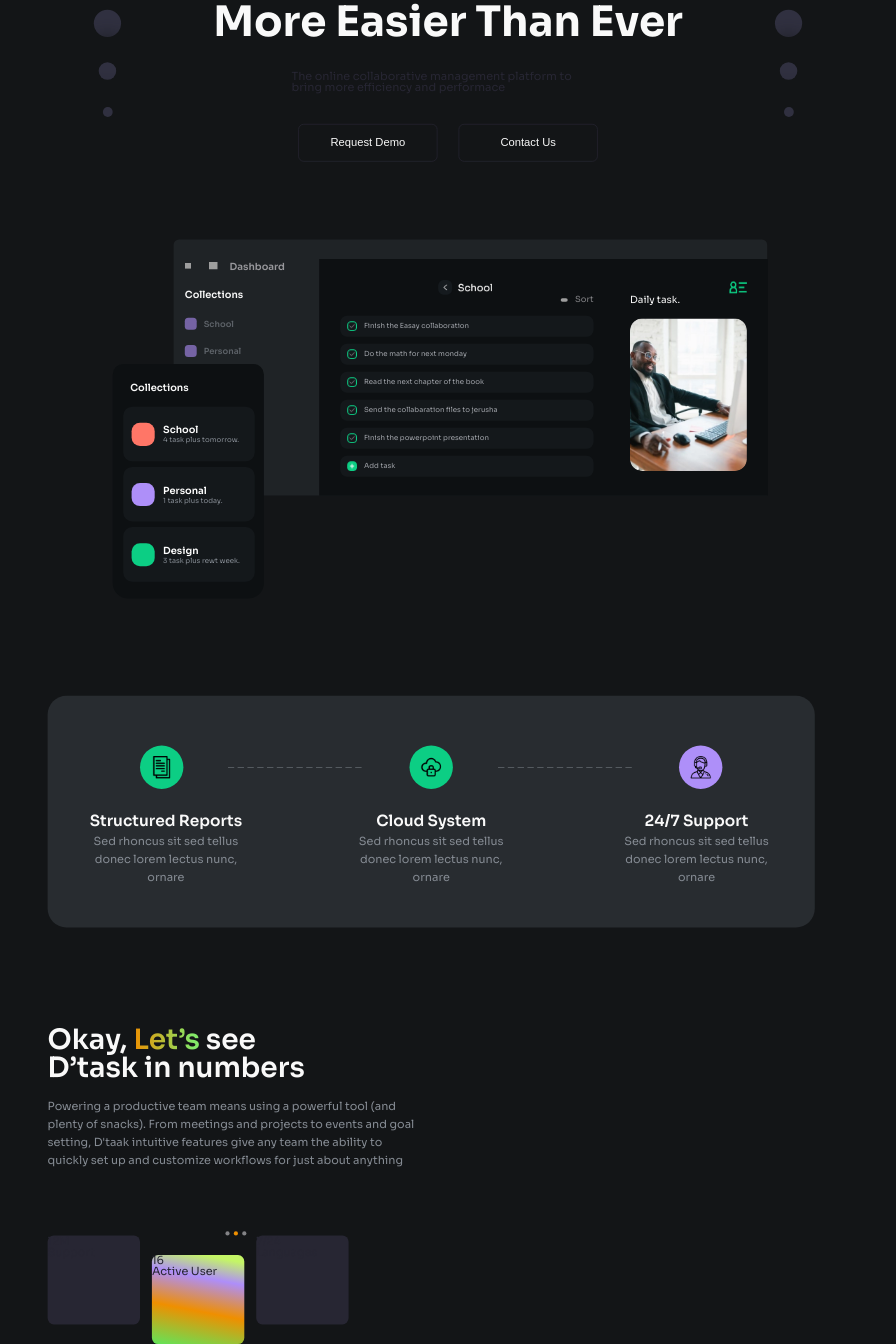
Repository: anhthiethumg/Task_Managerment_Website
Page: index.html
These files come from the project's save history. The page is drawn as it stood at one moment and after a run of saves; the edit follows.
The browser window is 1280 px wide. The pictures show the part of the page from y = 320 to 2240 px (the page is 2240 px tall), at 70% of full size.
Pictures or frames that could not be fetched are drawn as grey boxes. A picture or video elsewhere on the page could not be fetched, so the positions and the page height are approximate.

Above is the page before, as saved 2023-07-29 00:43:05.

After the next 2 saves:
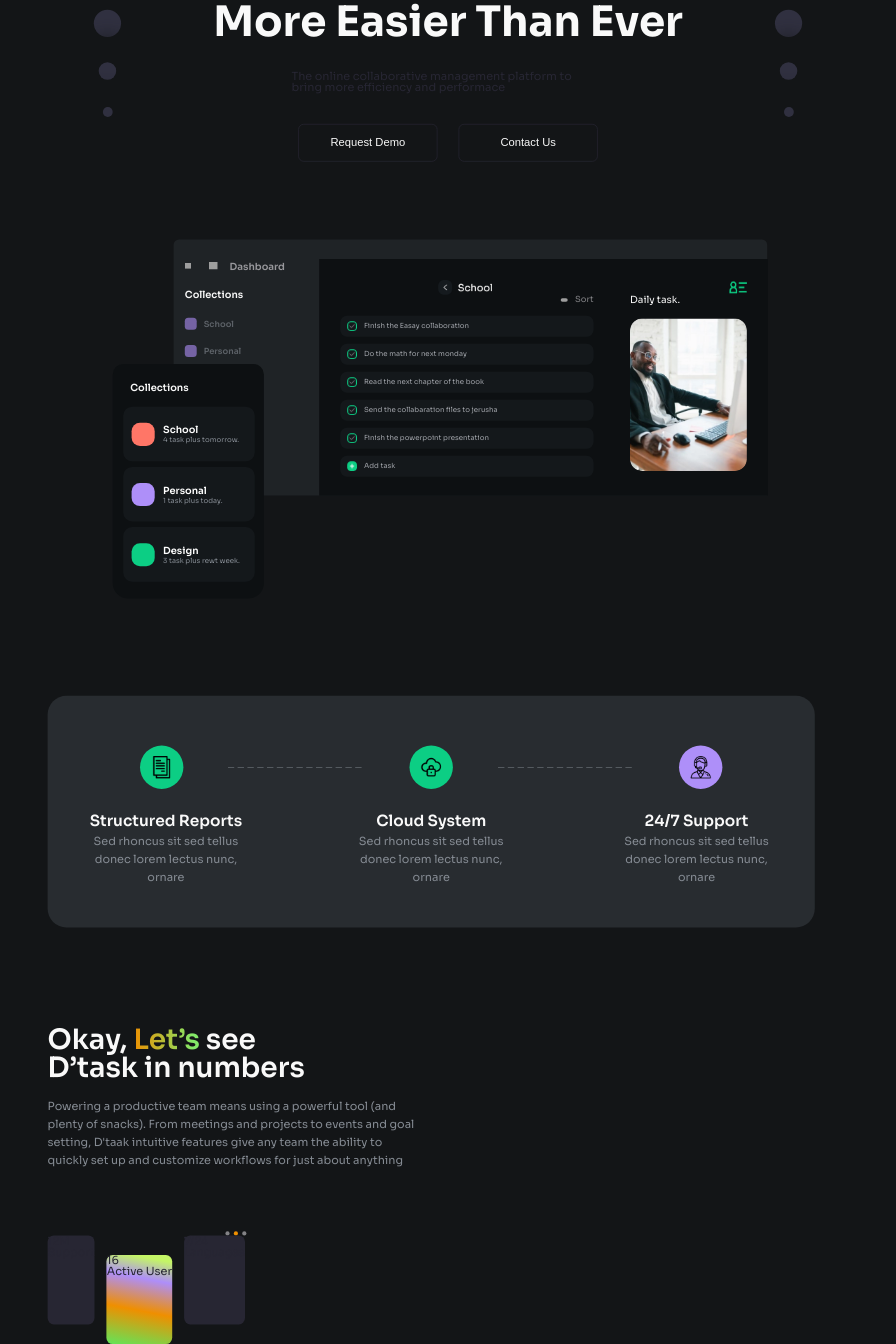
The 2 saves are shown as one change because they came seconds apart.
The last was saved 18 s later.
--- a/assets/css/styles.css
+++ b/assets/css/styles.css
@@ -506,6 +506,7 @@
   gap: 17px;
 }
 .static__item {
+  ju
   width: 132px;
   height: 127px;
   border-radius: 9px;

After the save that followed:
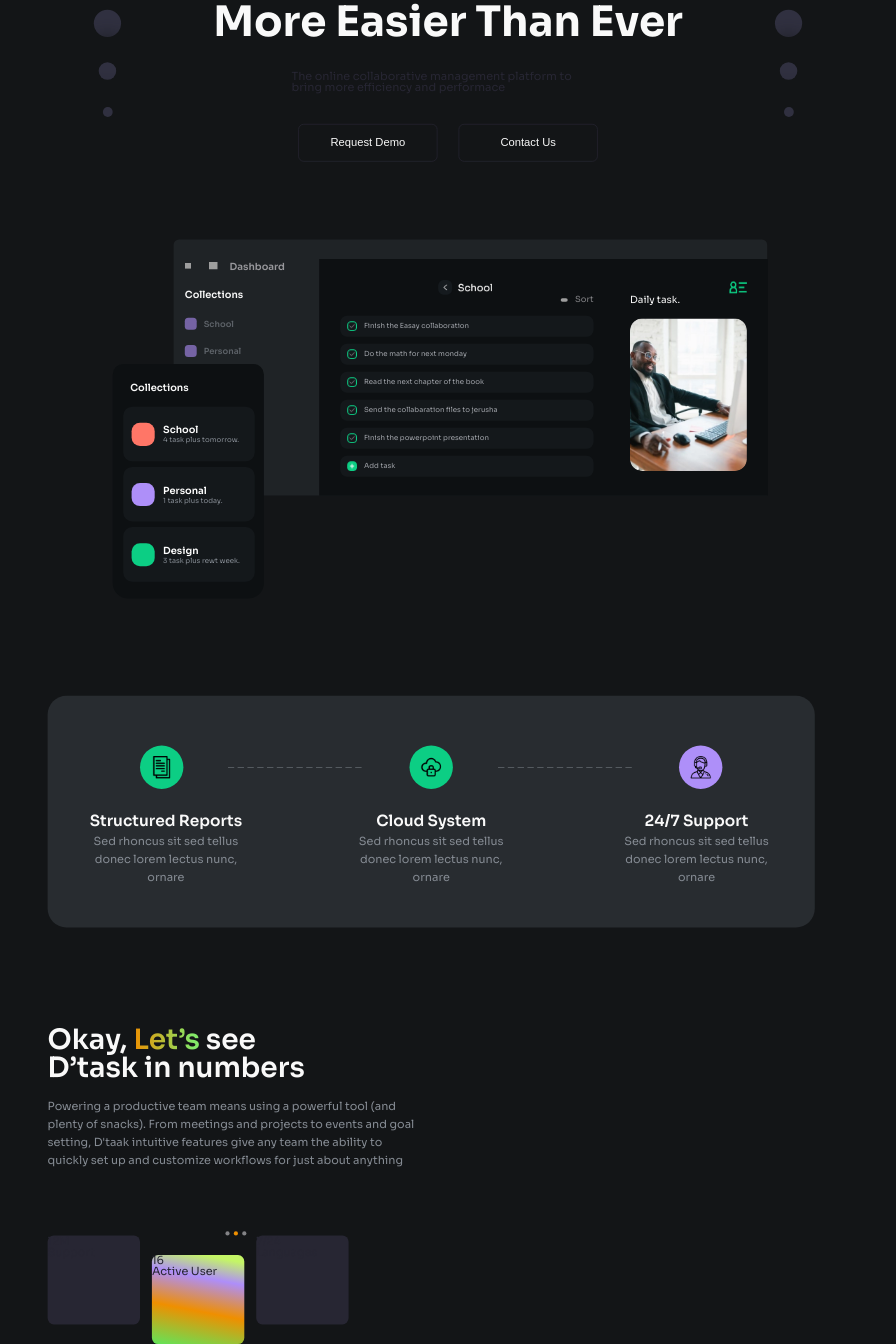
Saved 6 s later.
--- a/assets/css/styles.css
+++ b/assets/css/styles.css
@@ -506,7 +506,7 @@
   gap: 17px;
 }
 .static__item {
-  ju
+
   width: 132px;
   height: 127px;
   border-radius: 9px;
